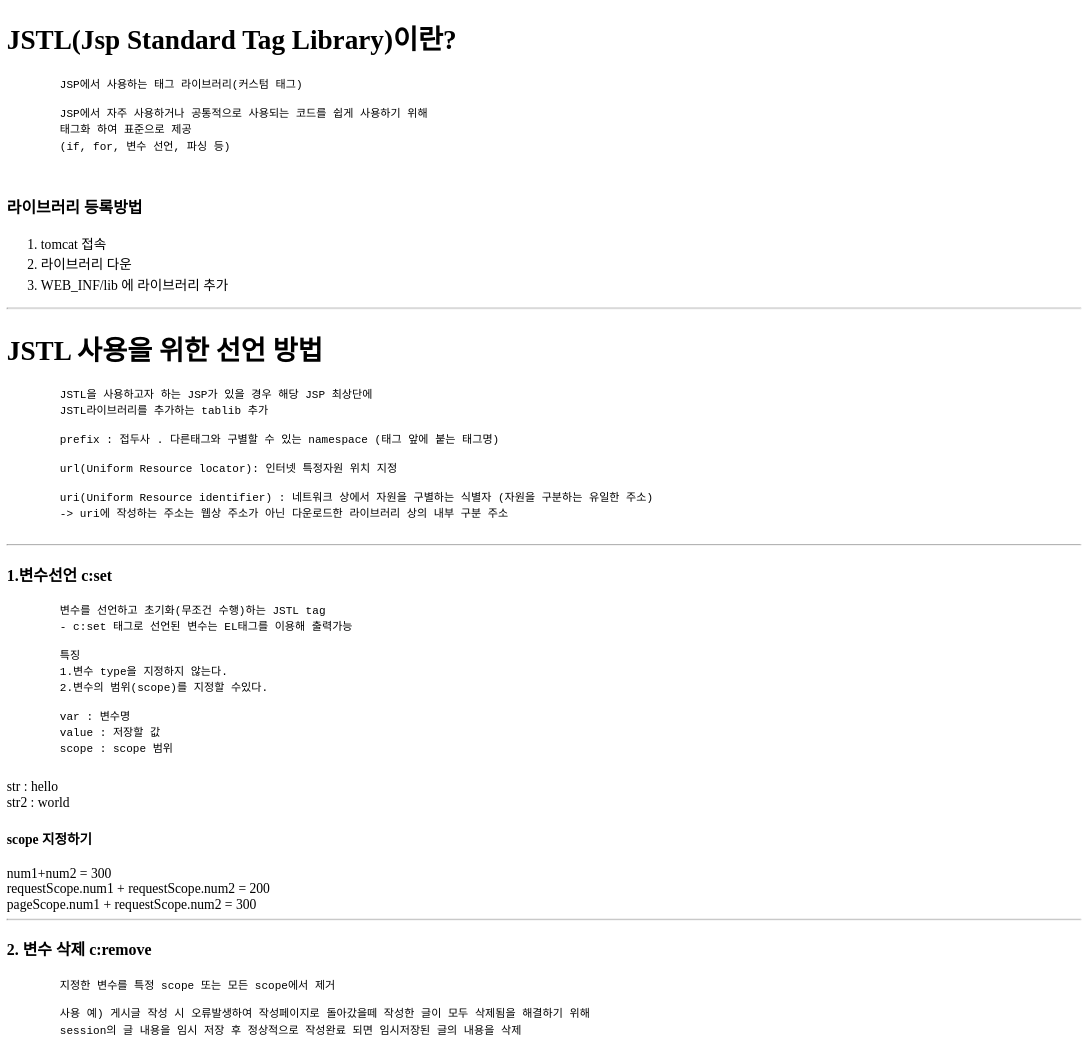
Repository: Seenee-Shin/servlet-jsp
Page: http://localhost/JSPProject/05_JSTL_1.jsp
These files come from the project's save history. The page is drawn as it stood at one moment and after the next save; the edit follows.
The browser window is 1280 px wide. The pictures show the whole page, at 85% of full size.
The page is served by Tomcat 9. Other server files are loaded and not shown.

Above is the page before, as saved 2021-11-30 01:41:59.

### JSPProject/src/main/webapp/05_JSTL_1.jsp
<%@ page language="java" contentType="text/html; charset=UTF-8" pageEncoding="UTF-8"%>
<%@ taglib prefix="c" uri="http://java.sun.com/jsp/jstl/core" %>
<!DOCTYPE html>
<html lang="ko">
<head>
	<meta charset="UTF-8">
	<meta name="viewport" content="width=device-width, initial-scale=1.0">
	<title>05.JSTL 개요</title>
</head>
<body>
	<h1>JSTL(Jsp Standard Tag Library)이란?</h1>

	<pre>
	JSP에서 사용하는 태그 라이브러리(커스텀 태그)

	JSP에서 자주 사용하거나 공통적으로 사용되는 코드를 쉽게 사용하기 위해
	태그화 하여 표준으로 제공
	(if, for, 변수 선언, 파싱 등)

	</pre>

	<h3>라이브러리 등록방법</h3>
	<ol>
		<li>tomcat 접속</li>
		<li>라이브러리 다운</li>
		<li>WEB_INF/lib 에 라이브러리 추가</li>
	</ol>

	<hr>
	<h1> JSTL 사용을 위한 선언 방법</h1>
	<pre>
	JSTL을 사용하고자 하는 JSP가 있을 경우 해당 JSP 최상단에
	JSTL라이브러리를 추가하는 tablib 추가

	prefix : 접두사 . 다른태그와 구별할 수 있는 namespace (태그 앞에 붙는 태그명)

	url(Uniform Resource locator): 인터넷 특정자원 위치 지정

	uri(Uniform Resource identifier) : 네트워크 상에서 자원을 구별하는 식별자 (자원을 구분하는 유일한 주소)
	-> uri에 작성하는 주소는 웹상 주소가 아닌 다운로드한 라이브러리 상의 내부 구분 주소
	</pre>

	<hr>
	<h3>1.변수선언 c:set </h3>
	<pre>
	변수를 선언하고 초기화(무조건 수행)하는 JSTL tag
	- c:set 태그로 선언된 변수는 EL태그를 이용해 출력가능

	특징
	1.변수 type을 지정하지 않는다.
	2.변수의 범위(scope)를 지정할 수있다.

	var : 변수명
	value : 저장할 값
	scope : scope 범위
	</pre>

	<% String str = "hello"; %>
	str : <%= str %>
	<br>
	<c:set var="str2" value="world"></c:set>
	str2 : ${str2}

	<h4>scope 지정하기</h4>
	<c:set var="num1" value="100"/> <!-- scope 기본값은 page -->
	<c:set var="num2" value="200" scope="request"/>
	num1+num2 = ${num1 + num2}<br>

	requestScope.num1 + requestScope.num2 = ${requestScope.num1 + requestScope.num2} <br>
	pageScope.num1 + requestScope.num2 = ${pageScope.num1 + requestScope.num2} <br>

	<hr>
	<h3>2. 변수 삭제 c:remove</h3>
	<pre>
	지정한 변수를 특정 scope 또는 모든 scope에서 제거

	사용 예) 게시글 작성 시 오류발생하여 작성페이지로 돌아갔을떼 작성한 글이 모두 삭제됨을 해결하기 위해
	session의 글 내용을 임시 저장 후 정상적으로 작성완료 되면 임시저장된 글의 내용을 삭제
	</pre>

</body>
</html>

After the next save:
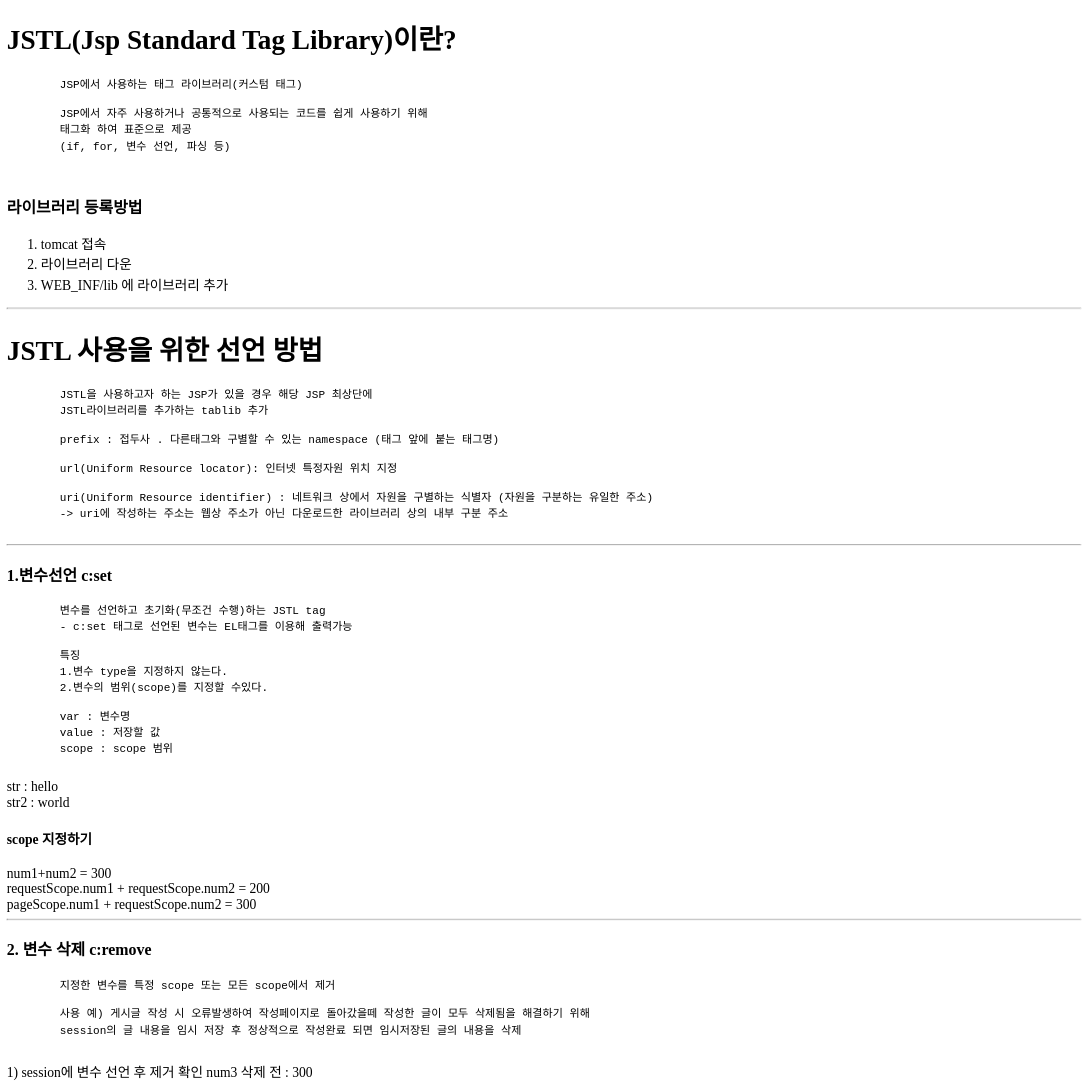
Saved 3 min 23 s later.
--- a/JSPProject/src/main/webapp/05_JSTL_1.jsp
+++ b/JSPProject/src/main/webapp/05_JSTL_1.jsp
@@ -78,5 +78,10 @@
 	session의 글 내용을 임시 저장 후 정상적으로 작성완료 되면 임시저장된 글의 내용을 삭제
 	</pre>
 
+	1) session에 변수 선언 후 제거 확인
+	<c:set var="num3" value="300" scope="session"/>
+	num3 삭제 전 : ${sessionScope.num3} <br>
+	<c:remove var="num3" scope="session"/>
+
 </body>
 </html>
